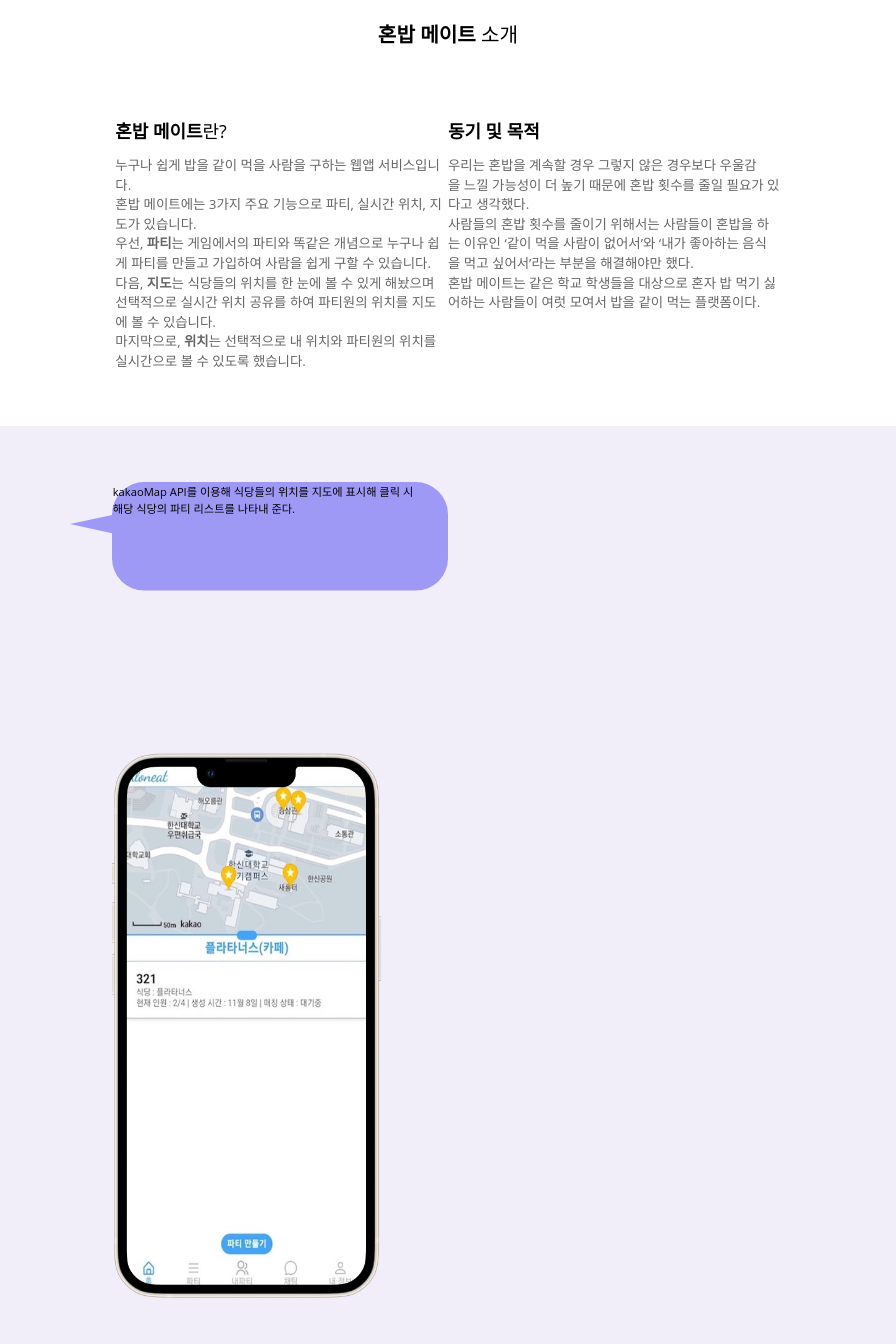
Repository: SeungYn/capstonIntroPage
Page: index.html
The author's editor kept a copy of each file at every save. The page is drawn from the files as they stood at one save, then again after the next save.
The browser window is 1280 px wide. The pictures show the part of the page from y = 534 to 2454 px (the page is 2856 px tall), at 70% of full size.

Above is the page before, as saved 2022-11-10 03:59:15.

### index.html
<!DOCTYPE html>
<html lang="en">
  <head>
    <meta charset="UTF-8" />
    <meta http-equiv="X-UA-Compatible" content="IE=edge" />
    <meta name="viewport" content="width=device-width, initial-scale=1.0" />
    <title>Document</title>
    <link rel="stylesheet" href="./style.css" />
  </head>
  <body>
    <header class="header">혼밥 메이트</header>
    <!-- intro part -->
    <section class="intro">
      <article class="intro__left">
        <h1 class="intro__left-title">혼밥 메이트에서</br> 밥 먹을 사람을 쉽게 구하세요!</h1>
        <p class="intro__left-subTitle">혼밥 메이트는 PC, 모바일 어느 환경이든 지원합니다.</p>
        <img src="img/qr.png" class="intro__left-QRcode" />
      </article>

      <article class="intro__right">
        <img src="img/homeWhite.png" alt="" class="phone intro__right-phone1" />
        <img
          src="img/positionwhite.png"
          alt=""
          class="phone intro__right-phone2"
        />
        <img
          src="img/partyWhite.png"
          alt=""
          class="phone intro__right-phone3"
        />
      </article>
    </section>
		<!-- discription -->
    <section class="discription">
      <p class="discription__title"><span class="bold">혼밥 메이트</span> 소개</p>
      <article class="discription__left">
				<p class="discription__left-subTitle"><span class="bold">혼밥 메이트</span>란?</p>
				<span class="discription__left-span">누구나 쉽게 밥을 같이 먹을 사람을
					구하는 웹앱 서비스입니다.<br>
					혼밥 메이트에는 3가지 주요 기능으로 파티, 실시간 위치, 지도가 있습니다. <br>
					우선, <span class="bold">파티</span>는 게임에서의 파티와 똑같은 개념으로 누구나 쉽게 파티를 만들고 가입하여 사람을 쉽게 구할 수 있습니다.<br>
					다음, <span class="bold">지도</span>는 식당들의 위치를 한 눈에 볼 수 있게 해놨으며 선택적으로 실시간 위치 공유를 하여 파티원의 위치를 지도에 볼 수 있습니다.<br>
					마지막으로, <span class="bold">위치</span>는 선택적으로 내 위치와 파티원의 위치를 실시간으로 볼 수 있도록 했습니다.
				</span>
			</article>
      <article class="discription__right1">
				<p class="discription__left-subTitle"><span class="bold">동기 및 목적</span></p>
				<span class="discription__left-span">
					우리는 혼밥을 계속할 경우 그렇지 않은 경우보다 우울감을 느낄 가능성이 더 높기 때문에 혼밥 횟수를 줄일 필요가 있다고 생각했다. <br>사람들의 혼밥 횟수를 줄이기 위해서는 사람들이 혼밥을 하는 이유인 ‘같이 먹을 사람이 없어서’와 ‘내가 좋아하는 음식을 먹고 싶어서’라는 부분을 해결해야만 했다. <br>혼밥 메이트는 같은 학교 학생들을 대상으로 혼자 밥 먹기 싫어하는 사람들이 여럿 모여서 밥을 같이 먹는 플랫폼이다.

				</span>
			</article>

    </section>
		<!-- map -->
		<section class="map">
			<img src="img/homeWhite.png" class="map-homeImg" alt="메인 화면" />
			<div class="map__leftBubble">
				<p class="map__leftBubble-content">
					kakaoMap API를 이용해 식당들의 위치를 지도에 표시해 클릭 시<br>
					해당 식당의 파티 리스트를 나타내 준다.
				</p>
			</div>
		</section>
  </body>
</html>

### style.css
/* Global */
:root {
  /* Color */
  --color-white: #ffffff;
  --color-light-white: #eeeeee;
  --color-dark-white: #bdbdbd;
  --color-light-purple: #e3d0ff;
  --color-light2-purple: #f2eef9;
  --color-light-1-purple: #9f99f6;
  --color-pink: #fe918d;
  --color-dark-pink: #ff6863;
  --color-black: #4d4d4d;
  --color-dark-grey: #4d4d4d;
  --color-grey: #616161;
  --color-light-grey: #7c7979;
  --color-blue: #73aace;
  --color-yellow: #fff7d1;
  --color-orange: #feb546;
  --color-black: #000000;

  /* Font size */
  --font-large: 2.2rem;
  --font-small-large: 1.8rem;
  --font-medium: 1.6rem;
  --font-regular: 1.2rem;
  --font-small: 16px;
  --font-micro: 1rem;
  /* padding */
  --padding-basic: 5rem 10rem;
  /* Font weight */
  --weight-bold: 700;
  --weight-semi-bold: 600;
  --weight-regular: 400;

  /* Size */
  --size-border-radius: 4px;

  /* Annimation */
  --animation-duration: 300ms;
}

/* Universal tags */
* {
  box-sizing: border-box;
}

body {
  font-family: 'Open Sans', sans-serif;
  margin: 0;
}

a {
  text-decoration: none;
  color: var(--color-white);
}
h1,
p {
  margin: 0;
}
ul {
  padding-left: 0;
}

li {
  list-style: none;
}

button {
  background-color: transparent;
  cursor: pointer;
  border: none;
  outline: none;
}

.phone {
  width: 10rem;
  height: 20rem;
}

/*
intro part
 */

.intro {
  background: rgb(213, 185, 255);
  background: linear-gradient(
    315deg,
    rgba(213, 185, 255, 1) 0%,
    rgba(135, 171, 254, 1) 100%
  );

  display: flex;
  justify-content: center;
  overflow: hidden;
  padding-top: 7rem;
  flex-shrink: 0;
  flex-wrap: nowrap;
}

.intro__left {
  display: flex;
  flex-direction: column;
  white-space: nowrap;
}
.intro__left-title {
  font-size: var(--font-large);
  color: var(--color-light-white);
  margin-bottom: 1rem;
}

.intro__left-subTitle {
  font-size: var(--font-micro);
  color: var(--color-light-purple);
  margin-bottom: 2rem;
}
.intro__left-QRcode {
  width: 5rem;
  background-color: transparent;
}

.intro__right {
  transform: translateY(10%);
  transform: translateX(-8%);
  white-space: nowrap;
}

.intro__right-phone1 {
  transform: translateY(25%);
}

.intro__right-phone2 {
}

.intro__right-phone3 {
}

/* description */

.discription {
  display: grid;
  grid-template-columns: repeat(2, 1fr);
  grid-auto-rows: 15rem 1fr;
  grid-template-areas:
    'a a'
    'b c';

  padding: var(--padding-basic);
  padding-top: 0;
}

.bold {
  font-weight: 900;
  opacity: 1;
}
.discription__title {
  grid-area: a;
  margin: auto;
  font-size: var(--font-small-large);
}

.discription__left {
  grid-area: b;
  padding: 0 0.3rem;
}

.discription__left-subTitle {
  font-size: var(--font-medium);
  padding-bottom: 1rem;
}

.discription__left-span {
  opacity: 0.6;
  font-size: var(--font-regular);
}

.discription__right {
  grid-area: c;
}

/* map part */
.map {
  background-color: var(--color-light2-purple);
  display: grid;
  grid-template-columns: repeat(2, 1fr);
  grid-auto-rows: 1fr;
  grid-template-areas:
    'h h'
    'a b'
    'a c'
    'd c';
  padding: var(--padding-basic);
}

.map-homeImg {
  grid-area: a;
  width: 80%;
  right: 0;
}

.map__leftBubble {
  position: relative;
  width: 100%;
  height: 40%;
  padding: 1px;
  background: var(--color-light-1-purple);
  -webkit-border-radius: 46px;
  -moz-border-radius: 46px;
  border-radius: 46px;
}

.map__leftBubble:after {
  content: '';
  position: absolute;
  border-style: solid;
  border-width: 13px 60px 13px 0;
  border-color: transparent var(--color-light-1-purple);
  display: block;
  width: 0;
  z-index: 1;
  left: -60px;
  top: 47px;
}

After the next save:
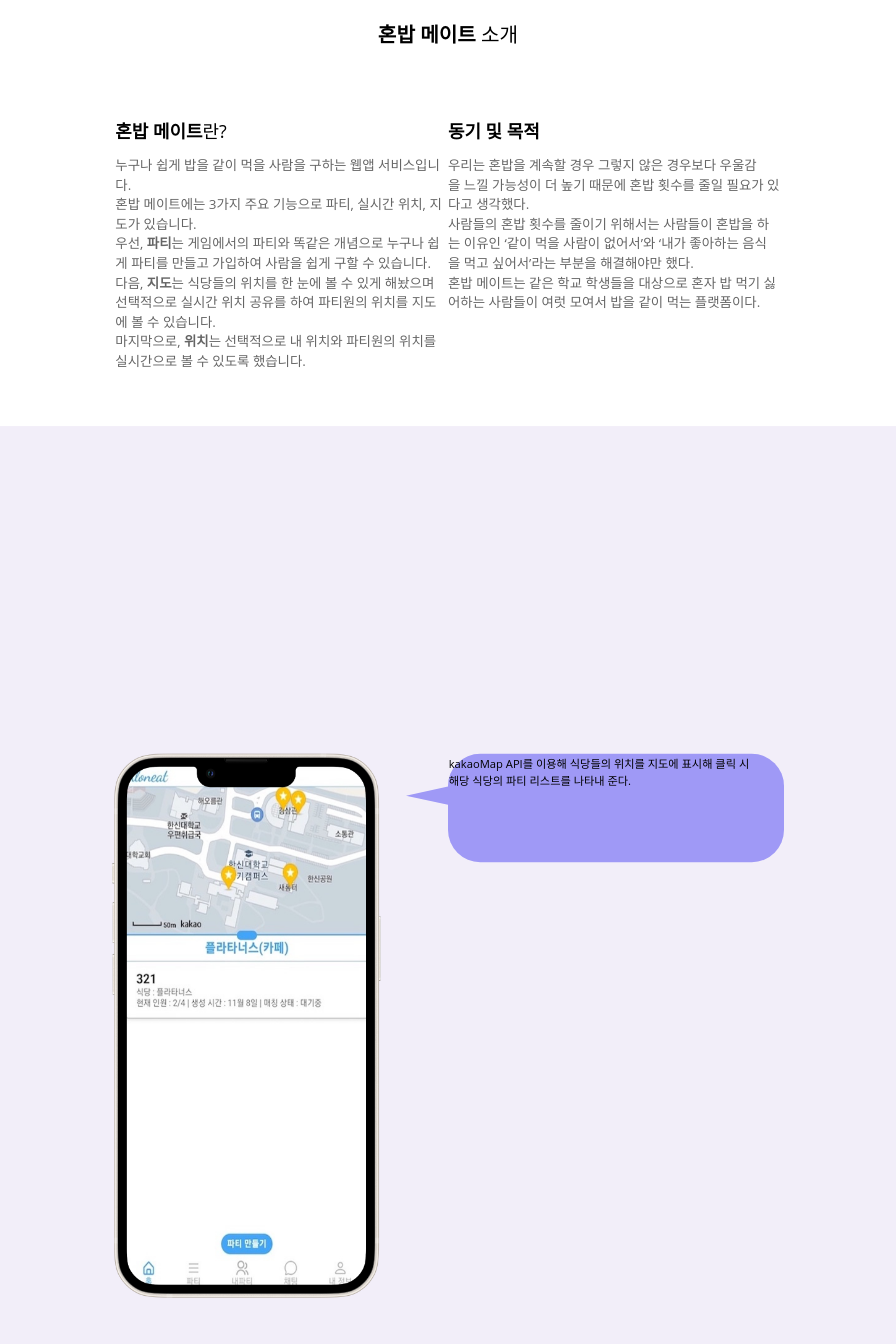
Saved 30 s later.
--- a/style.css
+++ b/style.css
@@ -198,6 +198,7 @@
 }
 
 .map__leftBubble {
+  grid-area: b;
   position: relative;
   width: 100%;
   height: 40%;
